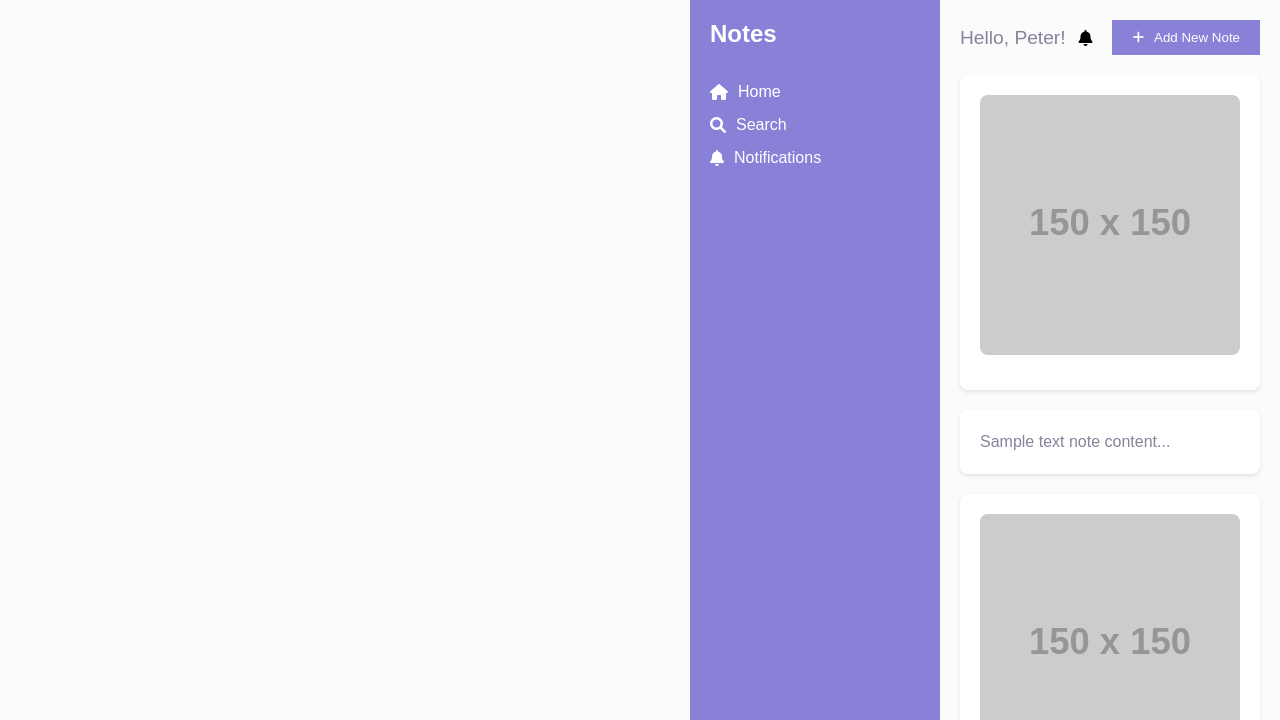
Repository: SatenikGabrielyan/HTML_CSS-_Assignment
Page: index.html
The author's editor kept a copy of each file at every save. The page is drawn from the files as they stood at one save, then again after a run of saves.
The browser window is 1280 px wide. The pictures show the whole page.

Above is the page before, as saved 2025-03-16 23:47:42.

### index.html
<!DOCTYPE html>
<html lang="en">
  <head>
    <meta charset="UTF-8" />
    <meta name="viewport" content="width=device-width, initial-scale=1.0" />
    <title>Notes App</title>
    <link rel="stylesheet" href="./style.css" />
    <!-- Include Font Awesome for icons -->
    <link href="https://cdnjs.cloudflare.com/ajax/libs/font-awesome/6.0.0-beta3/css/all.min.css" rel="stylesheet"/>
  </head>
  <body>
      <div class="cont">
          <div class="purp"></div>
          <div class="whit"></div>
      </div>
    <div class="container">
      <!-- Sidebar -->
      <nav class="sidebar">
        <div class="sidebar-header">
          <h2>Notes</h2>
        </div>
        <ul class="sidebar-list">
          <li><i class="fas fa-home"></i> Home</li>
          <li><i class="fas fa-search"></i> Search</li>
          <li><i class="fas fa-bell"></i> Notifications</li>
        </ul>
      </nav>
      <!-- Main Content -->
      <main class="main-content">
        <header>
          <div class="header-left">
            <p>Hello, Peter!</p>
          </div>
          <div class="header-right">
            <i class="fas fa-bell"></i>
            <button class="add-note-btn">
              <i class="fas fa-plus"></i> Add New Note
            </button>
          </div>
        </header>
        <section class="notes-grid">
          <!-- Note Item -->
          <div class="note-item image-note">
            <img src="https://via.placeholder.com/150" alt="Note Image" />
          </div>
          <!-- Note Item -->
          <div class="note-item text-note">
            <p>Sample text note content...</p>
          </div>
          <!-- Note Item -->
          <div class="note-item mixed-note">
            <img src="https://via.placeholder.com/150" alt="Note Image" />
            <p>Sample mixed note content...</p>
          </div>
          <!-- Additional notes can be added similarly -->
        </section>
      </main>
    </div>
  </body>
</html>

### style.css
/* CSS Variables for Colors */
:root {
    --bg-color: #fbfbfb;
    --primary-color: #8981d8;
    --secondary-color: #d0d0d0;
    --text-color: #858499;
    --highlight-color: #7f77cc;
    --hover-color: rgba(137, 129, 216, 0.5);
  }

  /* General Reset */
  * {
    margin: 0;
    padding: 0;
    box-sizing: border-box;
  }

  body {
    font-family: Arial, sans-serif;
    background-color: var(--bg-color);
    display: flex;
    height: 100vh;
  }
  .cont{
      display: flex;
      width: 100%;
      z-index: -1;
  }
.purp {
    width: 50%;
    background-color: ;
}
  .container {
    display: flex;
    width: 60%;

  }

  /* Sidebar Styling */
  .sidebar {
    width: 250px;
    background-color: var(--primary-color);
    color: #fff;
    display: flex;
    flex-direction: column;
    padding: 20px;
  }

  .sidebar-header h2 {
    margin-bottom: 20px;
  }

  .sidebar-list {
    list-style: none;
  }

  .sidebar-list li {
    margin: 15px 0;
    display: flex;
    align-items: center;
    cursor: pointer;
  }

  .sidebar-list li i {
    margin-right: 10px;
  }

  /* Main Content Styling */
  .main-content {
    flex-grow: 1;
    padding: 20px;
    overflow-y: auto;
  }

  header {
    display: flex;
    justify-content: space-between;
    align-items: center;
    margin-bottom: 20px;
  }

  .header-left p {
    font-size: 1.2em;
    color: var(--text-color);
  }

  .header-right {
    display: flex;
    align-items: center;
  }

  .header-right i {
    margin-right: 20px;
    cursor: pointer;
  }

  .add-note-btn {
    background-color: var(--primary-color);
    color: #fff;
    border: none;
    padding: 10px 20px;
    cursor: pointer;
    display: flex;
    align-items: center;
  }

  .add-note-btn i {
    margin-right: 10px;
  }

  /* Notes Grid Styling */
  .notes-grid {
    display: grid;
    grid-template-columns: repeat(auto-fill, minmax(300px, 1fr));
    gap: 20px;
  }

  .note-item {
    background-color: #fff;
    border-radius: 8px;
    box-shadow: 0 2px 4px rgba(0, 0, 0, 0.1);
    overflow: hidden;
    display: flex;
    flex-direction: column;
    padding: 20px;
  }

  .note-item img {
    width: 100%;
    height: auto;
    border-radius: 8px;
    margin-bottom: 15px;
  }

  .note-item p {
    color: var(--text-color);
    font-size: 1em;
    line-height: 1.5;
  }

  /* Hover Effect for Filter Buttons */
  .sidebar-list li:hover {
    background-color: var(--highlight-color);
    transition: background-color 0.3s ease;
  }

  /* Mobile Responsiveness */
  @media (max-width: 768px) {
    .container {
      flex-direction: column;
    }

    .sidebar {
      width: 100%;
      flex-direction: row;
      justify-content: space-around;
      padding: 10px;
    }

    .sidebar-list {
      display: flex;
      flex-direction: row;
      gap: 15px;
    }

    .sidebar-list li {
      margin: 0;
    }

    .main-content {
      padding: 10px;
    }

    header {
      flex-direction: column;
      align-items: flex-start;
    }

    .header-right {
      margin-top: 10px;
    }

    .notes-grid {
      grid-template-columns: 1fr;
    }

    .note-item {
      padding: 10px;
    }

    .note-item img {
      margin-bottom: 10px;
    }
  }

After the next 2 saves:
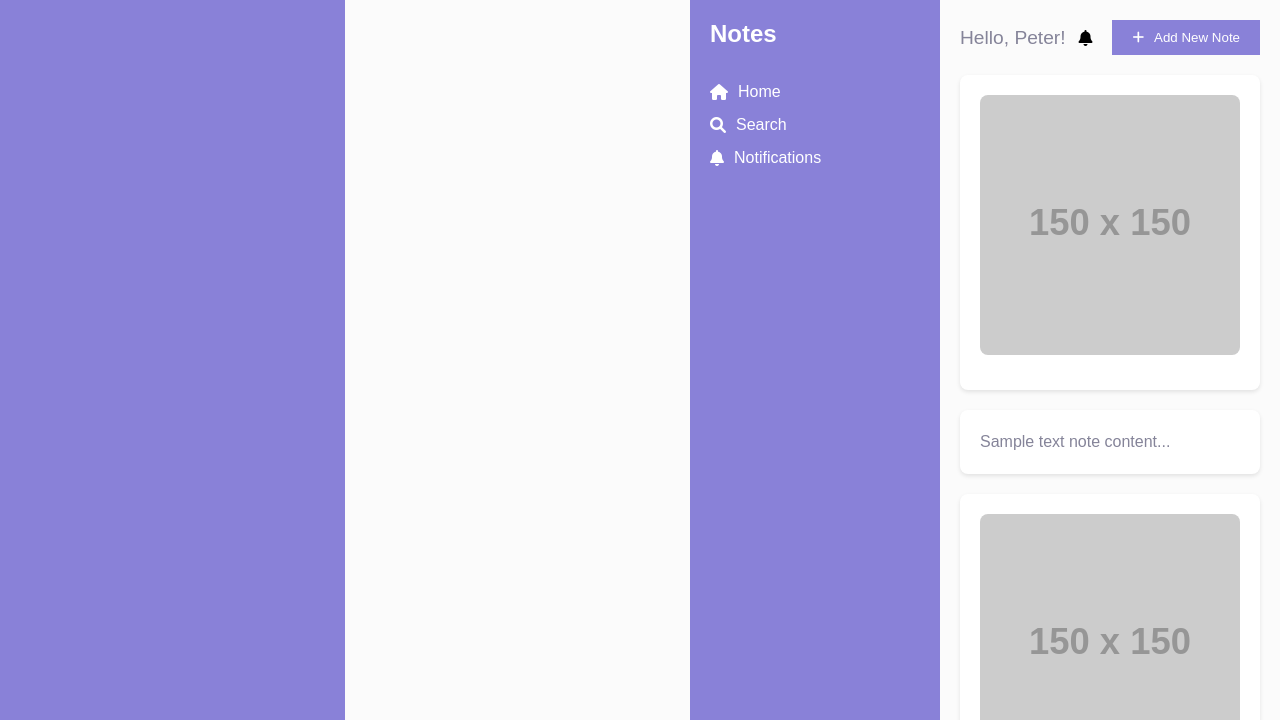
The 2 saves are shown as one change because they came seconds apart.
The last was saved 19 s later.
--- a/style.css
+++ b/style.css
@@ -28,7 +28,7 @@
   }
 .purp {
     width: 50%;
-    background-color: ;
+    background-color: var(--primary-color);
 }
   .container {
     display: flex;
